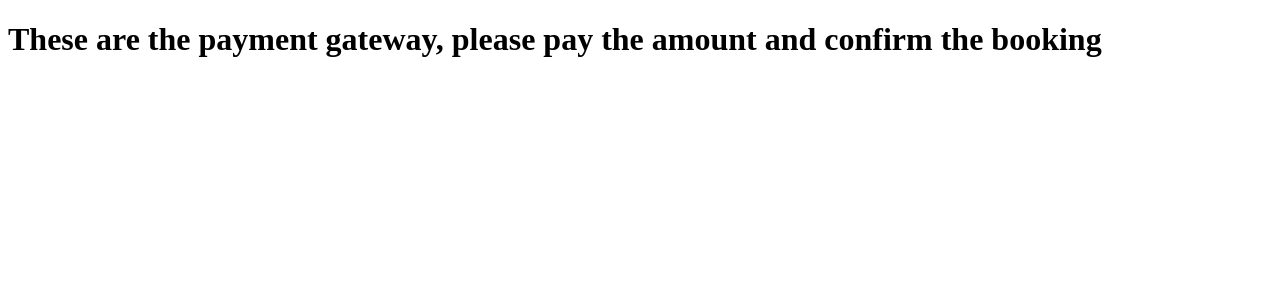
Repository: RamJangid/AdvanceJavaDone
Page: http://localhost/FlyAway/bookflightbypayment.jsp
These files come from the project's save history. The page is drawn as it stood at one moment and after the next save; the edit follows.
The browser window is 1280 px wide. The pictures show the whole page.
The page is served by Tomcat 10. Nobody is signed in. The application's start-up code is not run. Other server files are loaded and not shown.

Above is the page before, as saved 2022-09-22 03:05:08.

### FlyAway/src/main/webapp/bookflightbypayment.jsp
<%@ page language="java" contentType="text/html; charset=UTF-8"
    pageEncoding="UTF-8"%>
<!DOCTYPE html>
<html>
<head>
<meta charset="UTF-8">
<title>Book the Selected Flight by making Payment</title>
</head>
<body>
		<h1>These are the payment gateway, please pay the amount and confirm the booking</h1>
</body>
</html>

After the next save:
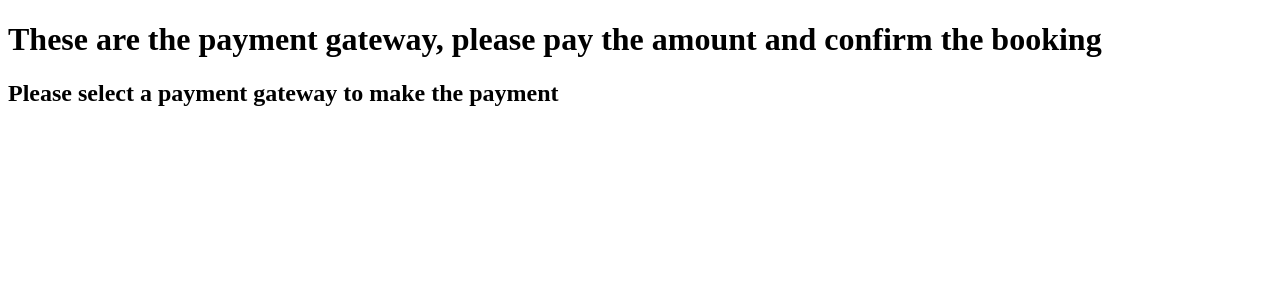
Saved 5 min 23 s later.
--- a/FlyAway/src/main/webapp/bookflightbypayment.jsp
+++ b/FlyAway/src/main/webapp/bookflightbypayment.jsp
@@ -8,5 +8,9 @@
 </head>
 <body>
 		<h1>These are the payment gateway, please pay the amount and confirm the booking</h1>
+
+		<h2>Please select a payment gateway to make the payment</h2>
+
+
 </body>
 </html>
